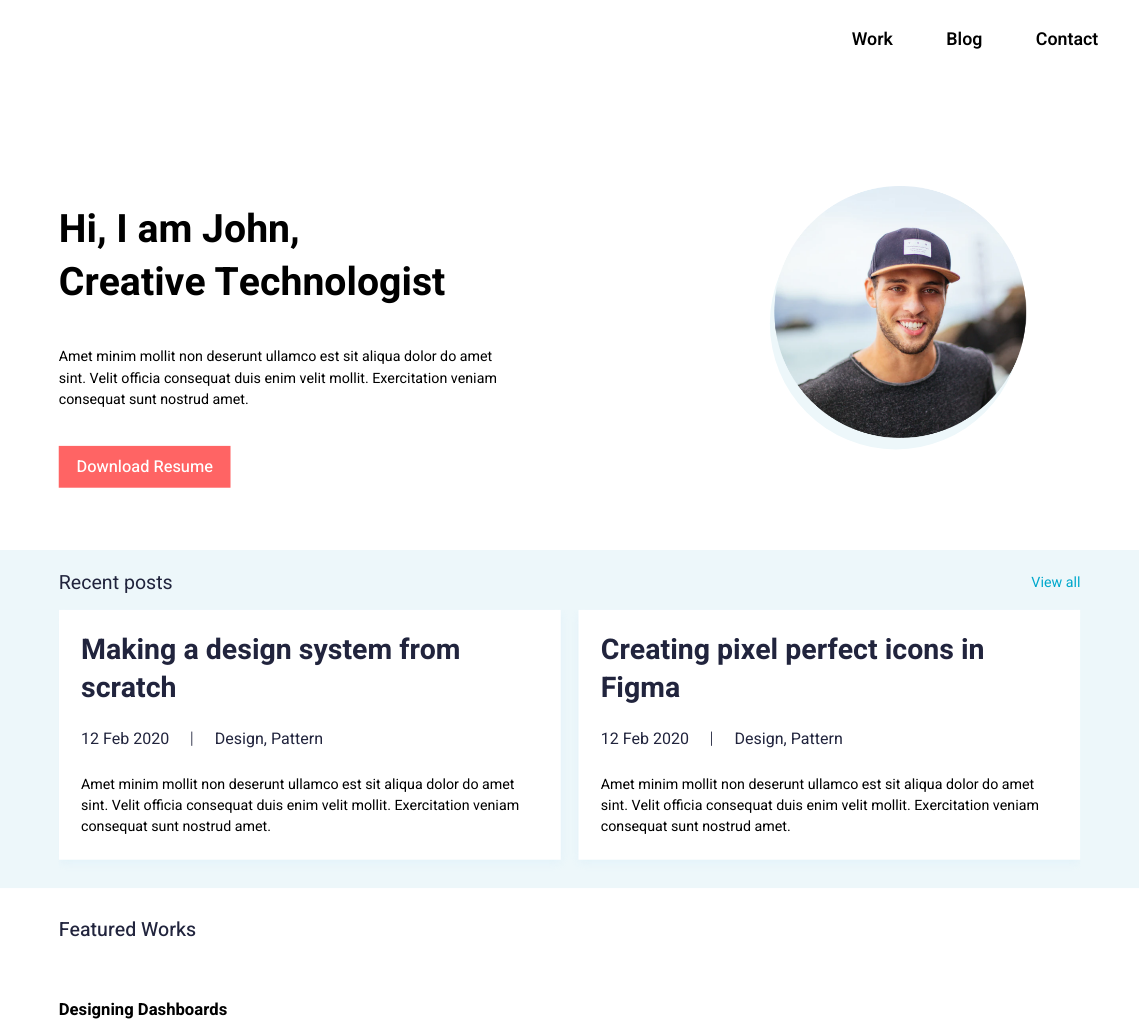
Repository: sharma171/portfolio
Page: /
The author's editor kept a copy of each file at every save. The page is drawn from the files as they stood at one save, then again after the next save.
The browser window is 1280 px wide. The pictures show the whole page, at 89% of full size.
The project was rebuilt for these pictures with package versions that can differ from the ones it lists, and the page was loaded fresh each time. The framework's server and built-in components were replaced by stand-ins that run in the browser. Also part of the build but not shown: next.config.mjs.

Above is the page before, as saved 2024-06-01 22:53:49.

After the next save:
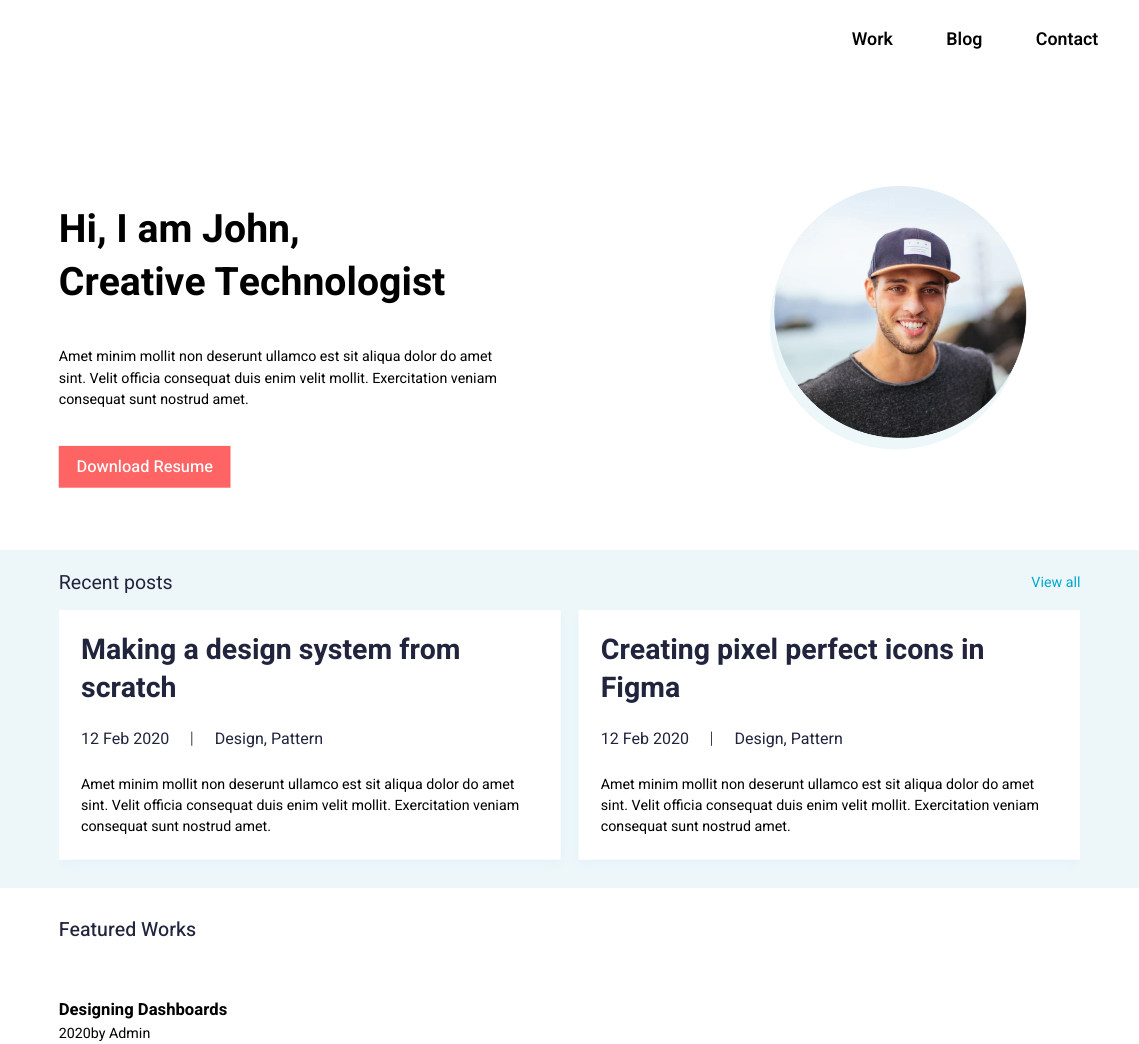
Saved 52 s later.
--- a/src/components/Featuredworks.jsx
+++ b/src/components/Featuredworks.jsx
@@ -12,7 +12,8 @@
                 <div className="card-info">
                     <h3 className="heading">Designing Dashboards</h3>
                     <div className="info-row">
-
+                        <span className="date">2020</span>
+                        <span className="author">by  Admin</span>
                     </div>
                 </div>
             </div>
